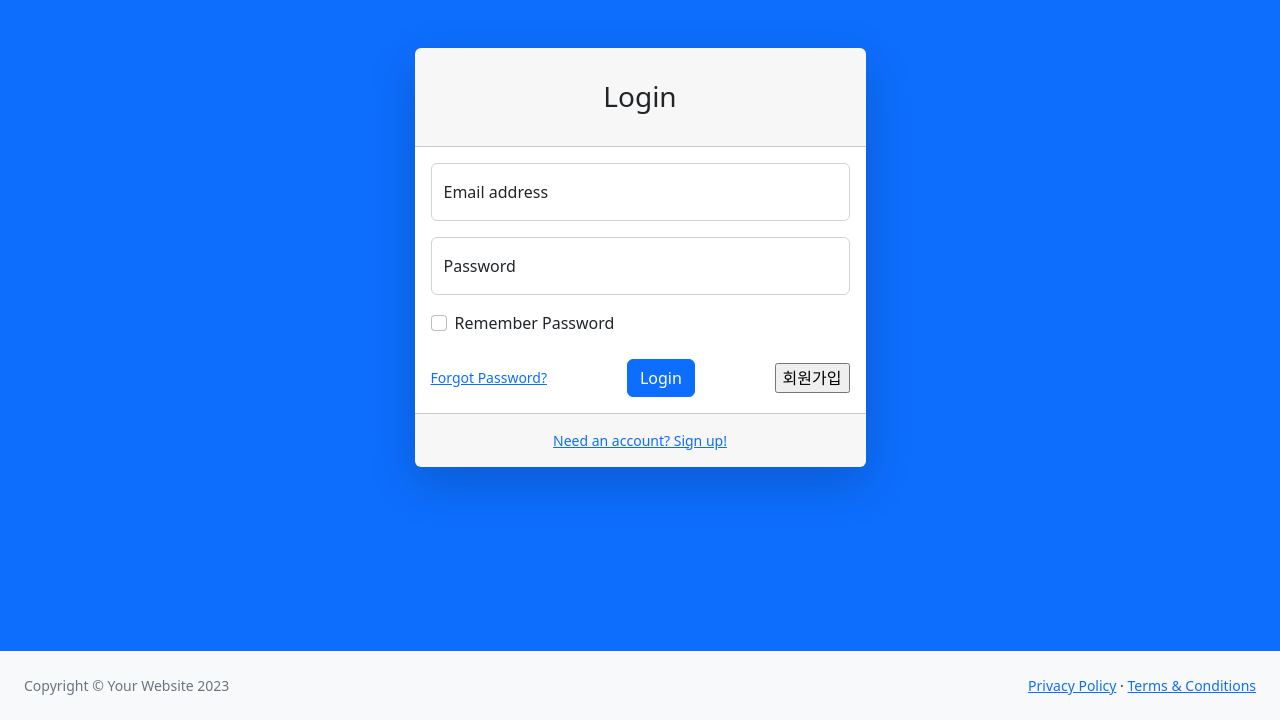
Repository: Won-Hyuk-Lee/kosta_java
Page: http://localhost/web_prj/login.jsp
These files come from the project's save history. The page is drawn as it stood at one moment and after the next save; the edit follows.
The browser window is 1280 px wide. The pictures show the whole page.
Some web libraries are served in a nearby version. The page is served by Tomcat 9. Nobody is signed in. The application's start-up code is not run. Other server files are loaded and not shown.

Above is the page before, as saved 2024-05-22 06:27:59.

### web_prj/src/main/webapp/login.jsp
<%@ page language="java" contentType="text/html; charset=UTF-8"
    pageEncoding="UTF-8"%>
<!DOCTYPE html>
<html lang="en">
    <head>
        <meta charset="utf-8" />
        <meta http-equiv="X-UA-Compatible" content="IE=edge" />
        <meta name="viewport" content="width=device-width, initial-scale=1, shrink-to-fit=no" />
        <meta name="description" content="" />
        <meta name="author" content="" />
        <title>Login - SB Admin</title>
        <link href="css/styles.css" rel="stylesheet" />
        <script src="https://use.fontawesome.com/releases/v6.3.0/js/all.js" crossorigin="anonymous"></script>
    </head>
    <body class="bg-primary">
        <div id="layoutAuthentication">
            <div id="layoutAuthentication_content">
                <main>
                    <div class="container">
                        <div class="row justify-content-center">
                            <div class="col-lg-5">
                                <div class="card shadow-lg border-0 rounded-lg mt-5">
                                    <div class="card-header"><h3 class="text-center font-weight-light my-4">Login</h3></div>
                                    <div class="card-body">
                                        <form method="post" action="/UserServlet">
                                        <input type = "hidden" name="pagecode" value="P002">
                                            <div class="form-floating mb-3">
                                                <input name = "userid" class="form-control" id="inputEmail" type="email" placeholder="name@example.com" />
                                                <label for="inputEmail">Email address</label>
                                            </div>
                                            <div class="form-floating mb-3">
                                                <input name= "passwd" class="form-control" id="inputPassword" type="password" placeholder="Password" />
                                                <label for="inputPassword">Password</label>
                                            </div>
                                            <div class="form-check mb-3">
                                                <input class="form-check-input" id="inputRememberPassword" type="checkbox" value="" />
                                                <label class="form-check-label" for="inputRememberPassword">Remember Password</label>
                                            </div>
                                            <div class="d-flex align-items-center justify-content-between mt-4 mb-0">
                                                <a class="small" href="password.html">Forgot Password?</a>
                                                <a class="btn btn-primary" >Login</a>
                                                <input type="submit" value="회원가입">
                                            </div>
                                        </form>
                                    </div>
                                    <div class="card-footer text-center py-3">
                                        <div class="small"><a href="register.html">Need an account? Sign up!</a></div>
                                    </div>
                                </div>
                            </div>
                        </div>
                    </div>
                </main>
            </div>
            <div id="layoutAuthentication_footer">
                <footer class="py-4 bg-light mt-auto">
                    <div class="container-fluid px-4">
                        <div class="d-flex align-items-center justify-content-between small">
                            <div class="text-muted">Copyright &copy; Your Website 2023</div>
                            <div>
                                <a href="#">Privacy Policy</a>
                                &middot;
                                <a href="#">Terms &amp; Conditions</a>
                            </div>
                        </div>
                    </div>
                </footer>
            </div>
        </div>
        <script src="https://cdn.jsdelivr.net/npm/bootstrap@5.2.3/dist/js/bootstrap.bundle.min.js" crossorigin="anonymous"></script>
        <script src="js/scripts.js"></script>
    </body>
</html>

### web_prj/src/main/webapp/js/scripts.js
/*!
    * Start Bootstrap - SB Admin v7.0.7 (https://startbootstrap.com/template/sb-admin)
    * Copyright 2013-2023 Start Bootstrap
    * Licensed under MIT (https://github.com/StartBootstrap/startbootstrap-sb-admin/blob/master/LICENSE)
    */
    //
// Scripts
//

window.addEventListener('DOMContentLoaded', event => {

    // Toggle the side navigation
    const sidebarToggle = document.body.querySelector('#sidebarToggle');
    if (sidebarToggle) {
        // Uncomment Below to persist sidebar toggle between refreshes
        // if (localStorage.getItem('sb|sidebar-toggle') === 'true') {
        //     document.body.classList.toggle('sb-sidenav-toggled');
        // }
        sidebarToggle.addEventListener('click', event => {
            event.preventDefault();
            document.body.classList.toggle('sb-sidenav-toggled');
            localStorage.setItem('sb|sidebar-toggle', document.body.classList.contains('sb-sidenav-toggled'));
        });
    }

});

Loaded but not shown: web_prj/src/main/webapp/css/styles.css (library)

After the next save:
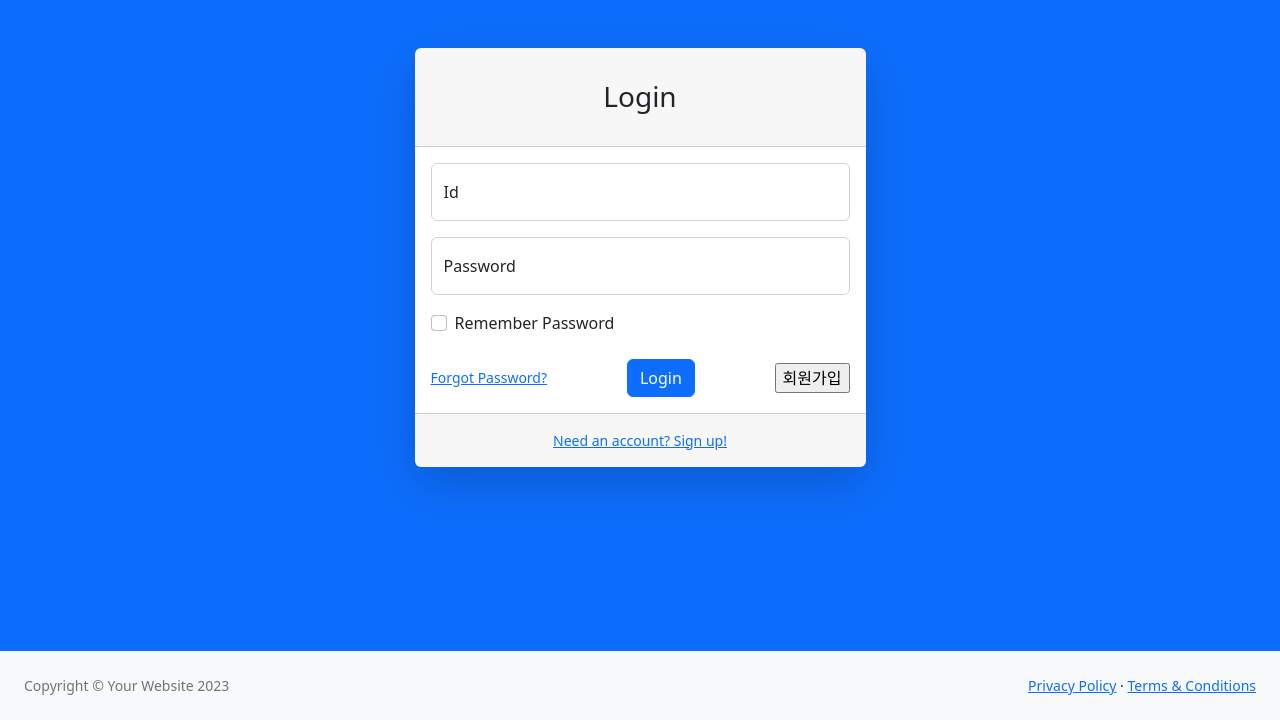
Saved 116 s later.
--- a/web_prj/src/main/webapp/login.jsp
+++ b/web_prj/src/main/webapp/login.jsp
@@ -25,8 +25,8 @@
                                         <form method="post" action="/UserServlet">
                                         <input type = "hidden" name="pagecode" value="P002">
                                             <div class="form-floating mb-3">
-                                                <input name = "userid" class="form-control" id="inputEmail" type="email" placeholder="name@example.com" />
-                                                <label for="inputEmail">Email address</label>
+                                                <input name = "userid" class="form-control" id="inputEmail" type="text" placeholder="name@example.com" />
+                                                <label for="inputEmail">Id</label>
                                             </div>
                                             <div class="form-floating mb-3">
                                                 <input name= "passwd" class="form-control" id="inputPassword" type="password" placeholder="Password" />
